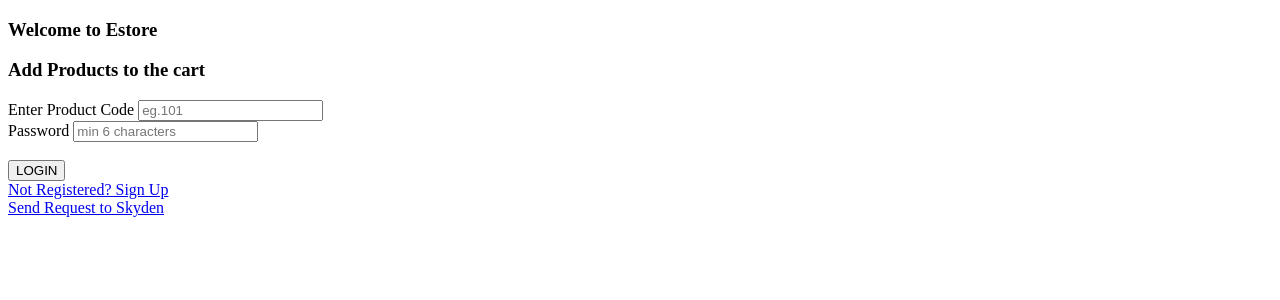
Repository: harshithkandula/Myfirstpractice
Page: Estore/src/main/webapp/addproduct.html
These files come from the project's save history. The page is drawn as it stood at one moment and after the next save; the edit follows.
The browser window is 1280 px wide. The pictures show the whole page.

Above is the page before, as saved 2024-02-06 14:51:13.

### Estore/src/main/webapp/addproduct.html
<!DOCTYPE html>
<html>
<head>
<meta charset="ISO-8859-1">
<title>Add Product</title>
</head>
<body>
      <h3>Welcome to Estore</h3>
      <h3>Add Products to the cart</h3>
     <form>
          <label>Enter Product Code</label>
          <input type="text" name="txtcode" placeholder="eg.101"/><br>
          <label>Password</label>
          <input type="password" name="txtpwd" placeholder="min 6 characters"><br>
          <input type="hidden" value="login" name="txtType"><br>
          <input type="submit" value="LOGIN" ><br>
          <a href="register.html">Not Registered? Sign Up</a><br>
          <a href="Home">Send Request to Skyden</a>
     </form>
</body>
</html>

After the next save:
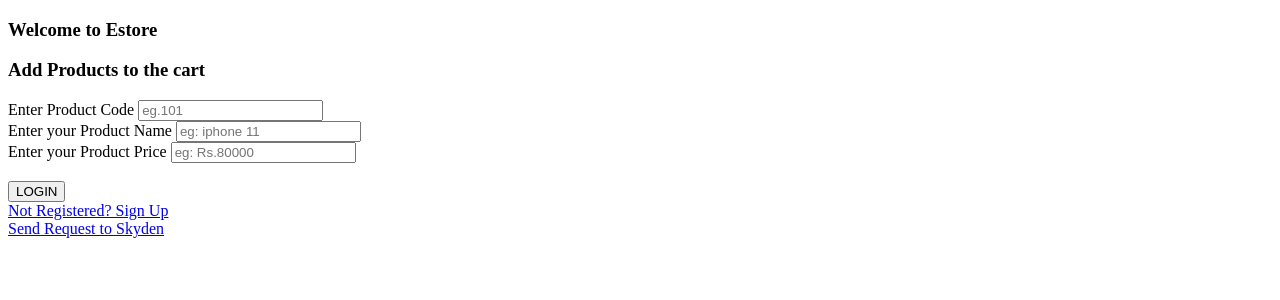
Saved 109 s later.
--- a/Estore/src/main/webapp/addproduct.html
+++ b/Estore/src/main/webapp/addproduct.html
@@ -10,8 +10,10 @@
      <form>
           <label>Enter Product Code</label>
           <input type="text" name="txtcode" placeholder="eg.101"/><br>
-          <label>Password</label>
-          <input type="password" name="txtpwd" placeholder="min 6 characters"><br>
+          <label>Enter your Product Name</label>
+          <input type="text" name="txtname" placeholder="eg: iphone 11"><br>
+          <label>Enter your Product Price</label>
+          <input type="text" name="txtnprice" placeholder="eg: Rs.80000"><br>
           <input type="hidden" value="login" name="txtType"><br>
           <input type="submit" value="LOGIN" ><br>
           <a href="register.html">Not Registered? Sign Up</a><br>
